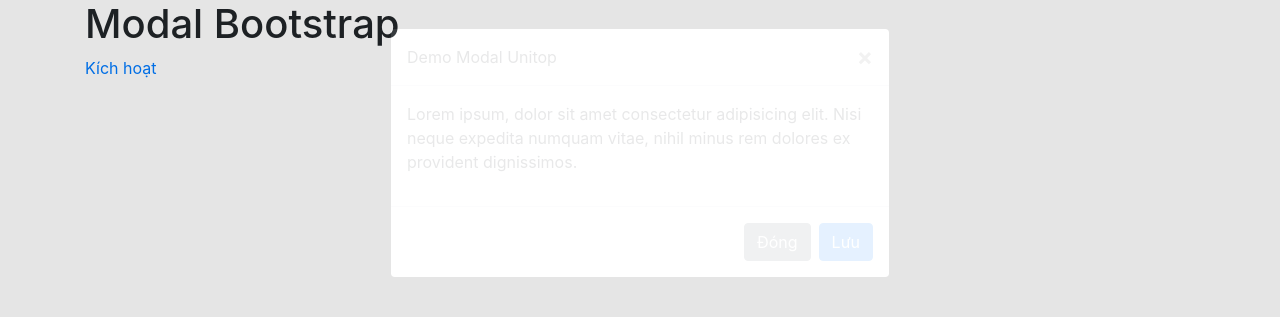
Repository: anhtu2110/front_end
Page: lesson/bootstrap/advance/5.8-poup_modal.html
These files come from the project's save history. The page is drawn as it stood at one moment and after the next save; the edit follows.
The browser window is 1280 px wide. The pictures show the whole page.
After loading, the first visible `a` was clicked once.

Above is the page before, as saved 2022-12-07 15:20:33.

### lesson/bootstrap/advance/5.8-poup_modal.html
<!DOCTYPE html>
<html lang="en">
  <head>
    <meta charset="UTF-8" />
    <meta http-equiv="X-UA-Compatible" content="IE=edge" />
    <meta name="viewport" content="width=device-width, initial-scale=1.0" />
    <link rel="stylesheet" href="./bootstrap/css/bootstrap.min.css" />
    <script src="js/jquery-3.6.1.min.js"></script>
    <title>Xây dựng nội dung hiển thị kiểu Poup Modal</title>
  </head>
  <body>
    <style>
      .modal {
        background: #000;
        opacity: 0.1;
      }
    </style>
    <div class="container">
      <div class="row">
        <div class="col-md-12">
          <h1>Modal Bootstrap</h1>
          <a href="">Kích hoạt</a>
          <!-- Cấu trúc Modal  -->
          <div class="modal" id="demo-modal">
            <div class="modal-dialog">
              <div class="modal-content">
                <div class="modal-header">
                  <div class="modal-title">Demo Modal Unitop</div>
                  <button class="close" data-dismiss="modal">
                    <span>&times;</span>
                  </button>
                </div>
                <!-- END MODAL-HEADER -->
                <div class="modal-body">
                  <p>
                    Lorem ipsum, dolor sit amet consectetur adipisicing elit.
                    Nisi neque expedita numquam vitae, nihil minus rem dolores
                    ex provident dignissimos.
                  </p>
                </div>
                <!-- END MODAL-BODY  -->
                <div class="modal-footer">
                  <button class="btn btn-secondary" data-dismiss="modal">
                    Đóng
                  </button>
                  <button class="btn btn-primary">Lưu</button>
                </div>
                <!-- END MODAL-FOOTER  -->
              </div>
            </div>
          </div>
        </div>
      </div>
    </div>
    <script>
      $(document).ready(function () {
        $("a").click(function () {
          $(".modal").slideToggle(400);
          return false;
        });
      });
    </script>
    <script src="js/popper.min.js"></script>
    <script src="./bootstrap/js/bootstrap.min.js"></script>
  </body>
</html>

Loaded but not shown: lesson/bootstrap/advance/bootstrap/css/bootstrap.min.css (library); lesson/bootstrap/advance/js/jquery-3.6.1.min.js (library); lesson/bootstrap/advance/js/popper.min.js (library); lesson/bootstrap/advance/bootstrap/js/bootstrap.min.js (library)

After the next save:
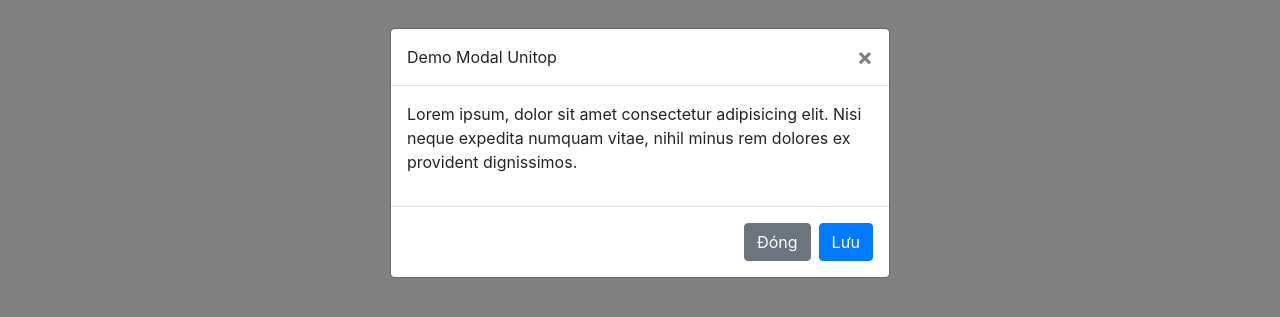
Saved 17 s later.
--- a/lesson/bootstrap/advance/5.8-poup_modal.html
+++ b/lesson/bootstrap/advance/5.8-poup_modal.html
@@ -11,8 +11,7 @@
   <body>
     <style>
       .modal {
-        background: #000;
-        opacity: 0.1;
+        background: gray;
       }
     </style>
     <div class="container">
